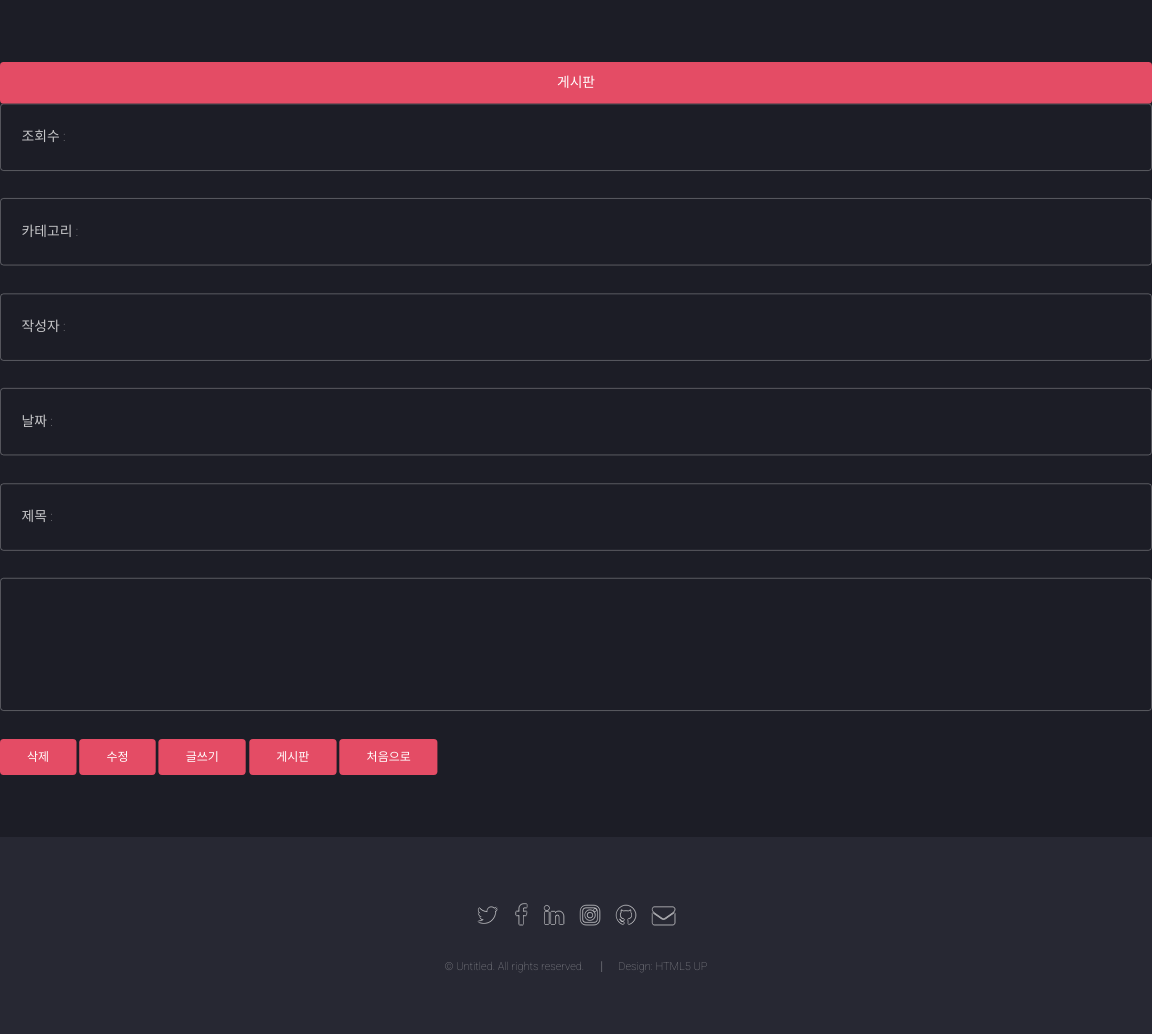
Repository: worMholEamkim/SpringEX
Page: http://localhost/bbs/bbsview.do
An editor plug-in stored every save of this project. The page is shown before and after the next save, followed by the edit.
The browser window is 1280 px wide. The pictures show the whole page, at 90% of full size.
The page is served by Tomcat 9. Queries for data that is not in the repository find no rows.

Above is the page before, as saved 2019-03-18 01:40:29.

After the next save:
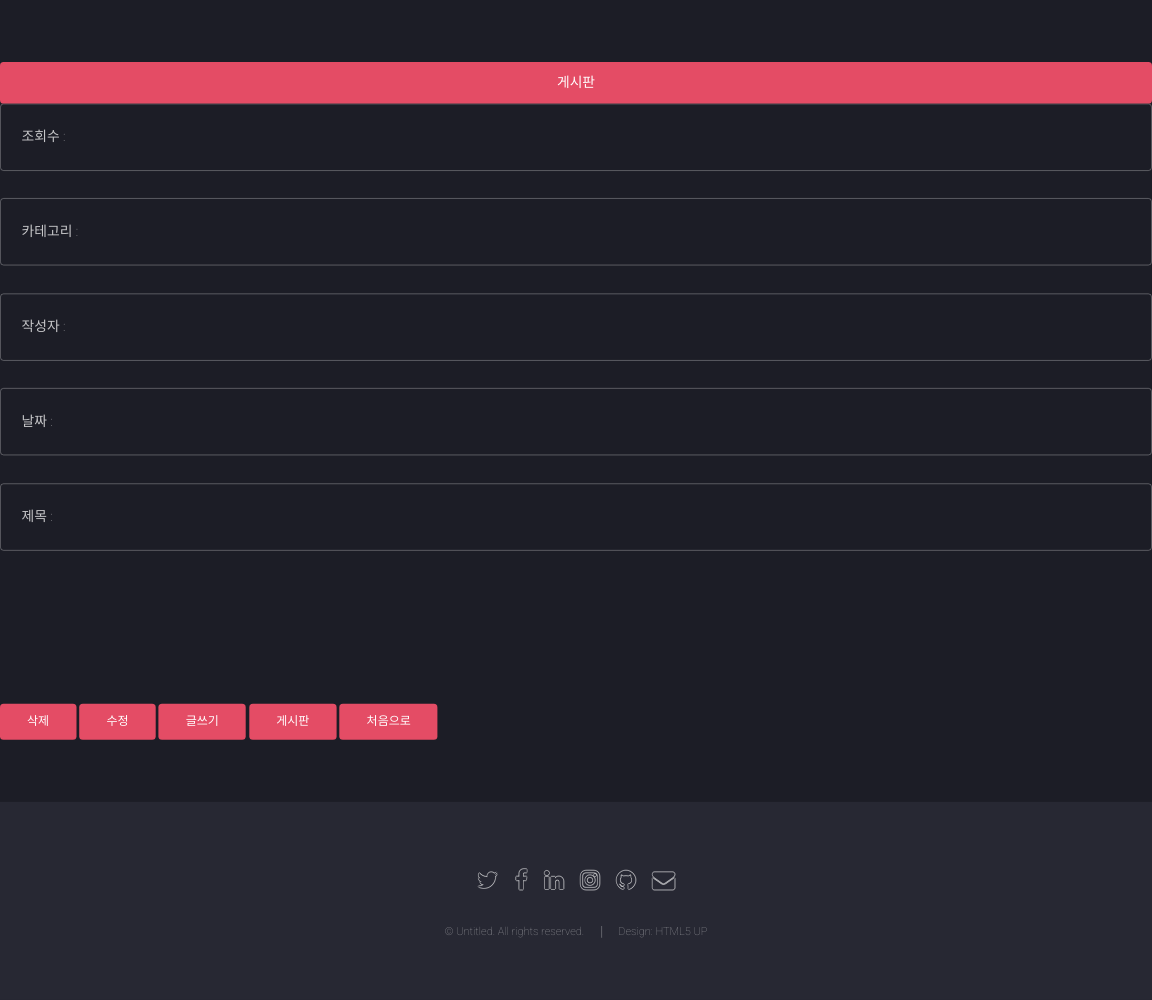
Saved 58 s later.
--- a/JSP_WepPage_Server-master.zip_expanded/JSP_WepPage_Server-master/bbs/WebContent/WEB-INF/bbsview.jsp
+++ b/JSP_WepPage_Server-master.zip_expanded/JSP_WepPage_Server-master/bbs/WebContent/WEB-INF/bbsview.jsp
@@ -215,12 +215,12 @@
 										<div class="box">
 											제목 : ${bbsview.bbsTitle}
 										</div>
-										<blockquote class="box">
-										<div class="col-12">
+
+										<div class="box1">
 											<p style=" font-size: 20px; line-height:2; padding: 50px 50px;">
 										${bbsview.bbsContent}</p>
 										</div>
-								</blockquote>
+
 										<div class="row">
 											<c:forEach var="item" items="${files}" >
 												<a href="bbsFile.do?id=${item.fileId}" target="_blank">${item.orgn_File_Nm}

After the 5 saves that followed:
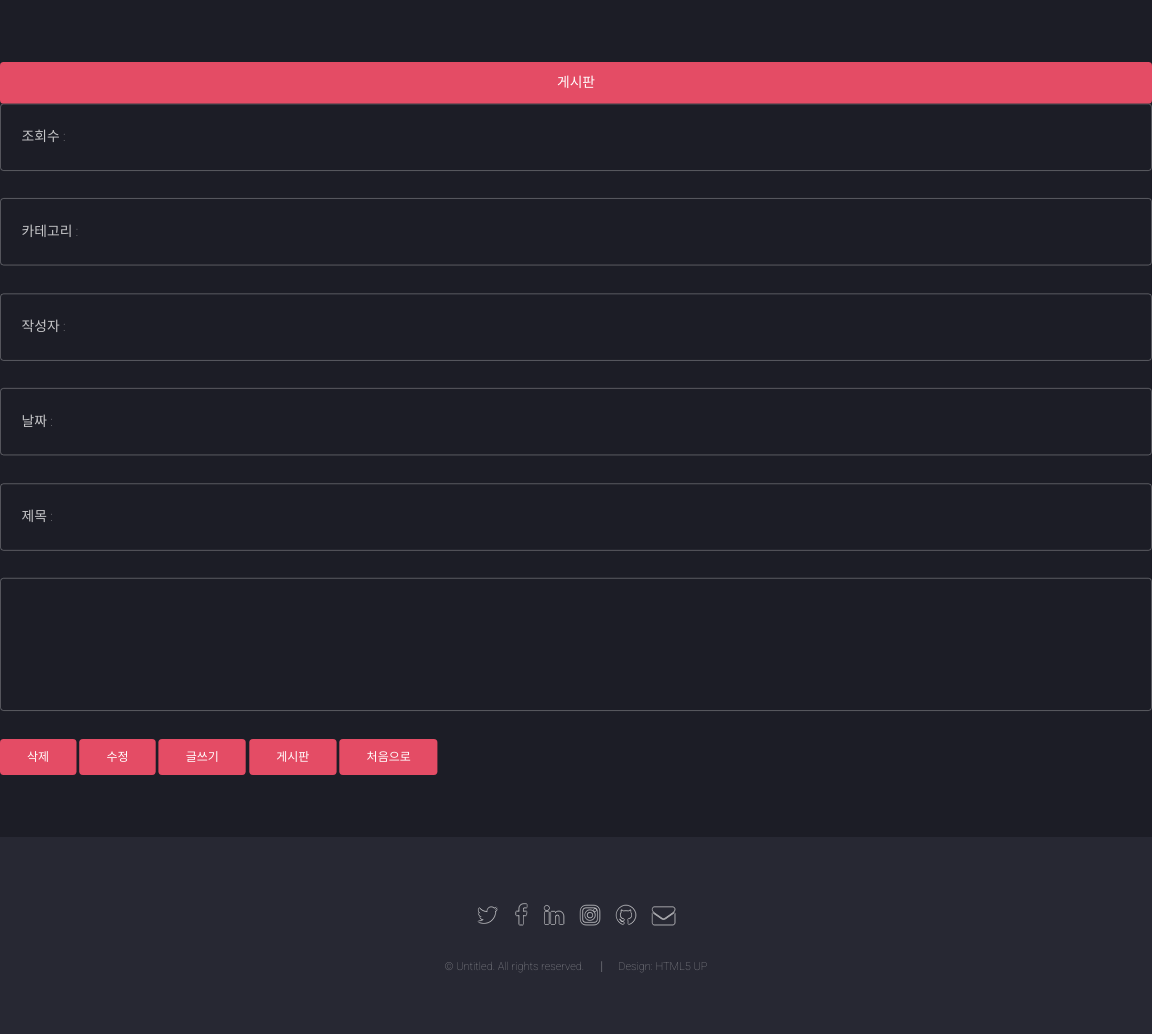
The 5 saves are shown as one change because 4 left the picture as it was.
The last was saved 8 min 56 s later.
--- a/JSP_WepPage_Server-master.zip_expanded/JSP_WepPage_Server-master/bbs/WebContent/WEB-INF/bbsview.jsp
+++ b/JSP_WepPage_Server-master.zip_expanded/JSP_WepPage_Server-master/bbs/WebContent/WEB-INF/bbsview.jsp
@@ -160,13 +160,26 @@
 	    border-radius: 4px;
 	    border: solid 1px rgba(255, 255, 255, 0.3);
 	    color: inherit;
+	    display: inline;
+
+	    padding: 5px;
+	    margin: 20px;
+	    text-decoration: none;
+	    width: 100%;
+
+	}
+	box1 {
+		transition: border-color 0.2s ease-in-out;
+	    background: transparent;
+	    border-radius: 4px;
+	    border: solid 1px rgba(255, 255, 255, 0.3);
+	    color: inherit;
 	    display: block;
 
 	    padding: 10px;
 	    margin: 20px;
 	    text-decoration: none;
 	    width: 100%;
-
 	}
 	a {
 		color:white;
@@ -175,10 +188,7 @@
 
 	}
 
-	bl {
-		display:block;
-
-	}
+
 </style>
 
 </head>
@@ -216,7 +226,7 @@
 											제목 : ${bbsview.bbsTitle}
 										</div>
 
-										<div class="box1">
+										<div class="box">
 											<p style=" font-size: 20px; line-height:2; padding: 50px 50px;">
 										${bbsview.bbsContent}</p>
 										</div>
